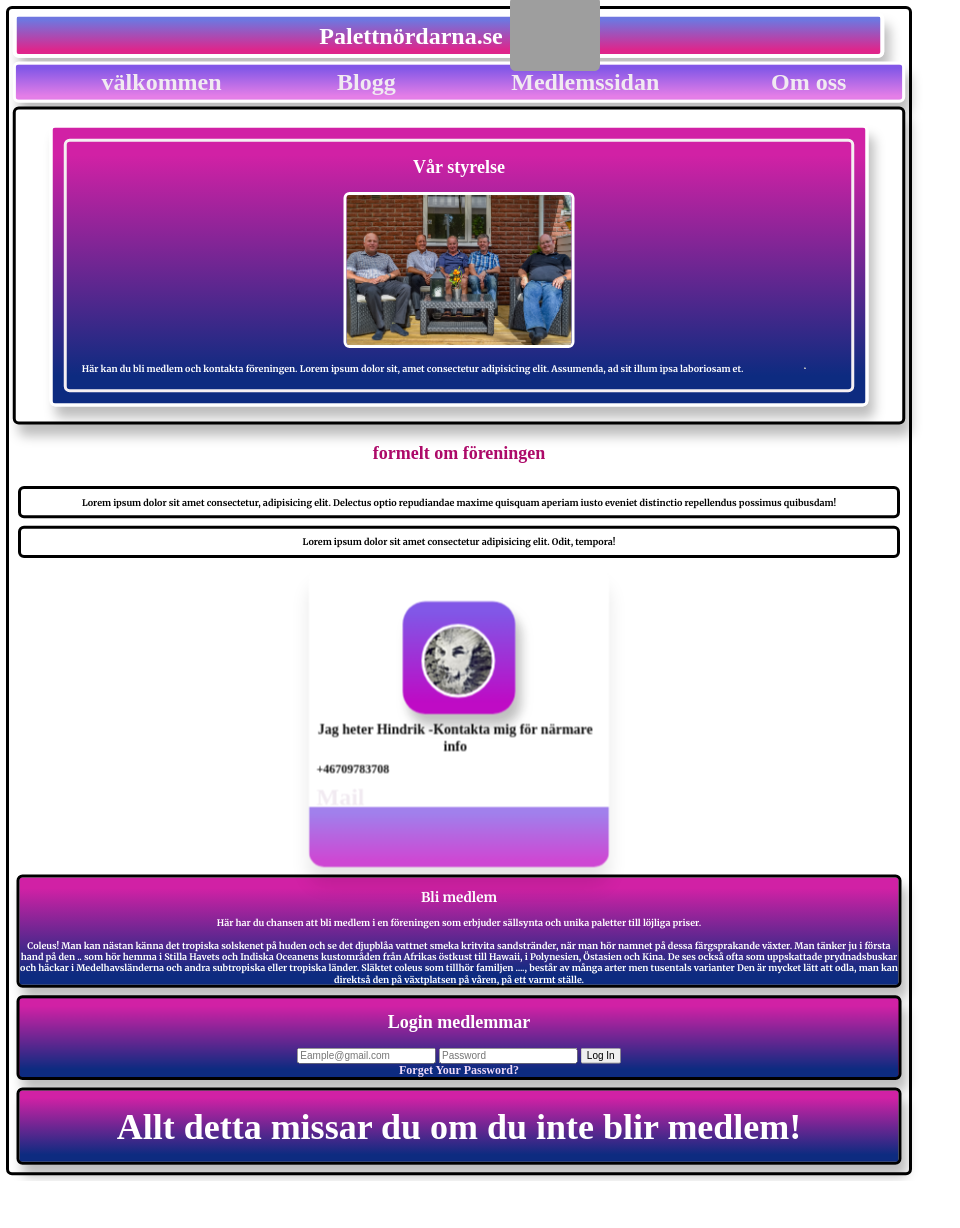
Repository: Webutveckling-20-21/lektion-3-CSS
Page: medlemssidan.html
These files come from the project's save history. The page is drawn as it stood at one moment and after the next save; the edit follows.
The browser window is 1280 px wide. The pictures show the whole page, at 75% of full size.
Pictures or frames that could not be fetched are drawn as grey boxes. Some web fonts or font styles are not loaded; a fallback is used.

Above is the page before, as saved 2021-10-14 18:03:44.

### medlemssidan.html
<!DOCTYPE html>
<html lang="en">

<head>
    <meta charset="UTF-8">
    <meta http-equiv="X-UA-Compatible" content="IE=edge">
    <meta name="viewport" content="width=device-width, initial-scale=1.0">
    <!-- <link rel="stylesheet" href="style3.css"> -->
    <link rel="stylesheet" href="style4.css">
    <title>om oss</title>
</head>

<body>
    <div class="header">

        <h1>Palettnördarna.se</h1>
        <div class="logo">
            <img src="images/logga.png" alt="logga" class="logo-img">
        </div>

    </div>

    <ul class="navbar">
        <li>
            <a href="valkommen.html"> välkommen</a>
        </li>
        <li class="nav-list">
            <a href="blogg.html">Blogg</a>
        </li>
        <li><a href="medlemssidan.html">Medlemssidan</a></li>
        <li><a href="om oss.html">Om oss</a></li>

    </ul>

    <div class="box">
        <!--
            Ta bort ett block för att få plats med inloggningslänkar mm
         -->

        <!--

        <div class="green">
            <div class="text-info">
                <p> Lorem ipsum dolor sit, amet consectetur adipisicing elit. Assumenda, ad sit illum ipsa laboriosam
                    et.</p>
                <h2>Blockbilder</h2>
                <div class="picture">
                    <div class="pics1 pics"> <img src="images/20171005_201321.jpg" alt=""> </div>
                    <div class="pics2 pics"> <img src="images/1493892949023.jpeg" alt=""> </div>
                    <div class="pics3 pics"> <img src="images/1494397130015.jpeg" alt=""> </div>
                    <div class="pics3 pics"> <img src="images/1494397130015.jpeg" alt=""> </div>
                    <div class="pics3 pics"> <img src="images/1494397130015.jpeg" alt=""> </div>
                </div>

            </div>
        </div>
         -->
         <div class="flex-red">
         <div class="red">
            <div class="text-info">
                <h2>Vår styrelse</h2>
                <div class="everything">
                <img src="images/styrelse.jpg" alt="styrelsen">
                <p> Här kan du bli medlem och kontakta föreningen. Lorem ipsum dolor sit, amet consectetur adipisicing
                    elit. Assumenda, ad sit illum ipsa laboriosam
                    et.</p>
                <hr>
            </div>
            </div>
    </div>

</div>
</div>

    <main class="main-content">
        <h2>formelt om föreningen</h2>
        <div class="information">
            <p>Lorem ipsum dolor sit amet consectetur, adipisicing elit. Delectus optio repudiandae maxime quisquam
                aperiam iusto eveniet distinctio repellendus possimus quibusdam!</p>
            <p>Lorem ipsum dolor sit amet consectetur adipisicing elit. Odit, tempora!

            </p>


<div class="card-container">
             <div class="card">

 <div class="content">
                    <div class="imgBx">
                        <img src="jag.jpg">
                    </div>
                    <div class="details">
                        <div>
                            <h3> Jag heter Hindrik -Kontakta mig för närmare info</h3>
                            <h2></h2>
                        </div>
                        <div>
                            <ion-icon name="call-outline"></ion-icon>
                            <span>+46709783708</span>
                        </div>
                        <div class="mail">
                            <ion-icon name="mail-outline"></ion-icon>
                            <span> <a href=" hindrikounpuu@gmail.com"> Mail</a></span>
                        </div>
                        <br>
                    </div>
                </div>
            </div>

        </div>
    </div>

    </main>

    <section class="contact-all">

        <h2>Bli medlem</h2>

        Här har du chansen att bli medlem i en föreningen som erbjuder sällsynta och unika
        paletter till löjliga priser. <br><br>

        Coleus! Man kan nästan känna det tropiska solskenet på huden och se det djupblåa vattnet smeka kritvita
        sandstränder, när man hör namnet på dessa färgsprakande växter.



        Man tänker ju i första hand på den .. som hör hemma i Stilla Havets och Indiska Oceanens kustområden från
        Afrikas östkust till Hawaii, i Polynesien, Östasien och Kina. De ses också ofta som uppskattade prydnadsbuskar
        och häckar i Medelhavsländerna och andra subtropiska eller tropiska länder.

        Släktet coleus som tillhör familjen ...., består av många arter men tusentals varianter Den är mycket lätt att
        odla, man kan direktså den på växtplatsen på våren, på ett varmt ställe.

        <!-- <div class="contact-info"> -->


        <!-- </div> -->

    </section>

    <section class="login-container">
        <!--inputs-->
        <div class="login-inputs">
            <!--heading-->
            <h1>Login medlemmar</h1>
            <form>
                <input type="email" placeholder="Eample@gmail.com">
                <input type="password" placeholder="Password">
                <button>Log In</button>
            </form>
            <!--forget-->
            <a href="#" class="forget">Forget Your Password?</a>
        </div>
    </section>

    <footer class="footer-place"> Allt detta missar du om du inte blir medlem!</footer>

</body>

</html>

### style4.css
@import url('https://fonts.googleapis.com/css2?family=Grechen+Fuemen&display=swap');
@import url('https://fonts.googleapis.com/css2?family=Roboto&display=swap');
@import url('https://fonts.googleapis.com/css2?family=Merriweather:wght@700&display=swap');

body {
    font-family: 'Grechen Fuemen', cursive;
    font-weight: bolder;
    border: 4px solid black;
    border-radius: 8px;
    max-width: 1200px;
}

.header {
    display: flex;
    width: 96%;
    height: 50px;
    border: 5px solid white;
    background: linear-gradient(to bottom, #6f76df 10%, #df258b 90%);
    box-shadow: 7.6px 15.2px 15.2px hsl(0deg 0% 0% / 0.26);
    border-radius: 8px;
    justify-content: center;
    align-items: center;
    margin: 5px;
}

.header h1 {
    color: white;
    font-size: 2.0rem;
    text-align: center;
    z-index: 2;
    margin-left: 40px;

}

.logo-img {
    border: 0px;
    height: 100px;
    z-index: 1;
    margin-right: 10px;

}



.navbar {

    width: auto;
    height: auto;
    display: flex;
    align-items: center;
    justify-content: space-around;
    background-color: #eed9f8;
    margin: 5px;
    border-radius: 8px;
    flex-wrap: wrap;
}

audio {
    width: 200px;
    height: 50px;
}

ul {

    list-style-type: none;
    flex-wrap: wrap;
    margin-left: 5;
    margin-right: 5;
    padding: 10;
    width: 90%;
    height: auto;
    overflow: hidden;
    border: 4px solid white;
    background: linear-gradient(to bottom, #8257e7 10%, #e47ee7 90%);
    box-shadow: 7.6px 15.2px 15.2px hsl(0deg 0% 0% / 0.26);
}

.nav-list {
    margin: 5px;
    flex-wrap: wrap;

}

a {
    text-decoration: none;
    font-size: 2rem;
    color: rgb(241, 234, 241);


}

a:hover {
    background: linear-gradient(to bottom, #b371d1 10%, #eb5aaa 90%);
    border-radius: 5px;
}

.card-container {
    display: flex;
    justify-content: center;
    align-items: center;
}

.card {
    display: flex;
    position: relative;
    max-width: 400px;
    border-top: 2px solid rgba(255, 255, 255, 0.5);
    height: 400px;
    background: rgba(255, 255, 255, 0.1);
    backdrop-filter: blur(10px);
    border-radius: 20px;
    overflow: hidden;
    box-shadow: 0 25px 25px rgba(0, 0, 0, 0.1);
    justify-content: center;
    align-items: center;
    z-index: 10;
    transition: 1s;
    /* margin-left: 20%; */


}

.card:hover {
    transform: scale(1.2);
    background: rgba(255, 255, 255, 0.2);
}

.card::before {
    content: '';
    position: absolute;
    bottom: 0;
    width: 100%;
    height: 80px;
    background: linear-gradient(to bottom, #8257e7 10%, #bf0bc5 90%);
    opacity: 0.75;
}

.content {
    display: flex;
    justify-content: center;
    align-self: center;
    gap: 10px;
    flex-wrap: wrap;
    text-align: center;

}

.content .imgBx {
    position: relative;
    width: 90px;
    height: 90px;
    overflow: hidden;
    border-radius: 30px;
    box-shadow: 0 0 0 10px rgba(255, 255, 255, 0.1);
    -webkit-border-radius: 30px;
    -moz-border-radius: 30px;
    -ms-border-radius: 30px;
    -o-border-radius: 30px;
    padding: 30px;
    background: linear-gradient(to bottom, #8257e7 10%, #bf0bc5 90%);
    box-shadow: 7.6px 15.2px 15.2px hsl(0deg 0% 0% / 0.26);
}

.content .imgBx img {
    display: flex;
    position: relative;
    top: 0px;
    left: 0px;
    width: 100%;
    height: 100%;
    object-fit: cover;
    justify-content: center;
    border-radius: 50%;
    -webkit-border-radius: 50%;
    -moz-border-radius: 50%;
    -ms-border-radius: 50%;
    -o-border-radius: 50%;
    margin-left: -5px;

}

.details {
    display: flex;
    flex-direction: column;
    gap: 10px;
}

.details h3 {
    font-weight: 600;
    color: #111;
}

.details div {
    display: flex;
    align-items: center;
    gap: 10px;
}

.details ion-icon {
    font-size: 1.4em;
    color: #111;
}

.details span {
    color: #111;
}


/*
.thumbnail:hover {
    position: relative;
    top: -10px;
    /* left: -10px;
    right: 30px;
    width: 175px;
    height: auto;
    display: block;
    z-index: 999;
    transition: all .5s ease-in-out;
}  */

.marg-text {
    text-align: justify;
}

/* <img src="[your hosted image URL]" class="thumbnail" height="100" width="100" />  */



.box {
    /* background: linear-gradient(to bottom, #c69de7 10%, #e47ee7 90%); */
    /* height:200px; */
    display: flex;
    /* max-width: 100%; */
    align-items: center;
    justify-content: center;
    flex-direction: row;
    flex-wrap: wrap;
    border: 4px solid rgb(86, 5, 102);
    background-color: white;
    border-radius: 8px;
    flex-wrap: wrap;
    border: solid 4px black;
    margin: 5px;
    /* opacity: 0.5; */
    box-shadow: 7.6px 15.2px 15.2px hsl(0deg 0% 0% / 0.26);
}

.everything {
    display: flex;
    align-items: center;
    justify-content: center;
    flex-wrap: wrap;
}

.flex-red {
    display: flex;
    justify-content: center;
    align-items: center;
    width: 100%;
    border-radius: 20px;

}

.red {
    display: flex;
    flex-direction: column;
    width: 90%;


    margin: 20px;
    align-items: center;
    padding: 10px;
    color: white;
    border: 4px solid white;
    background: rgba(255, 255, 255, 0.1);
    border-radius: 8px;
    background: linear-gradient(to bottom, #d121a5 10%, #0d2b80 90%);
    box-shadow: 7.6px 15.2px 15.2px hsl(0deg 0% 0% / 0.26);

}

.text-info {
    display: flex;
    align-items: center;
    flex-direction: column;
    flex-wrap: wrap;
    text-align: center;

}

.red .text-info img {
    width: 90vh;
    height: auto;

}


.red .text-info h2 {
    text-align: center;
}

.main-content {
    display: flex;
    flex-direction: column;
    text-align: center;
    border: solid 4 #0d2b80;
    border-radius: 8px;
    margin: 2px;
}

main {
    border-radius: 8px;
}

.main-content>h2 {
    color: rgb(173, 10, 105);
}

.information>p {
    color: black;
    border: solid 4px black;
    border-radius: 8px;
}

.text-info {
    border: solid 4px rgb(245, 239, 242);
    border-radius: 8px;
    margin: 5px;

}

.picture {
    display: flex;
    flex-wrap: wrap;
    border: solid 4px rgb(173, 10, 105);

}

img {
    margin-left: 10px;
    margin-right: 10px;
    width: 120px;
    border-radius: 8px;
    max-width: 300px;
    /*margin: auto;*/
    border: 4px solid white;
}

h2 {
    justify-content: center;
    font-weight: 700;
}

h3 {
    margin: auto;
}

p {
    font-size: 0.75rem;
    text-align: center;
    margin: 10px;
    padding: 10px;
    font-family: 'Merriweather', serif;
    color: white;
    /* font-family: 'Roboto', sans-serif;   */

}

h3 {
    /* padding: 20px; */
    text-align: center;
}

.contact-all {
    display: flex;
    flex-wrap: wrap;
    flex-direction: row;
    /* flex-direction: stretch; */
    border: 4px solid black;
    border-radius: 8px;
    margin: 10px;
    justify-content: center;
    justify-content: space-evenly;


}

.be-member {
    flex: 1;
    order: 3;
    margin: 3px;
    ;
}

.locals {
    flex: 1;
    order: 1;
    margin: 5px;
}

.contact: {
    flex: 1;
    order: 2;
    margin: 5px;
}

/* .contact-info{

    flex-wrap: wrap;
    font-family: 'Merriweather', serif;
    font-size: .75rem;

/* } */
.content {
    display: flex;
    align-items: center;

}

.footer-place {
    display: flex;
    justify-content: center;
    align-items: stretch;
    padding: 20px;
    margin: 10px;
    border: 4px solid black;
    background: linear-gradient(180deg, #d121a5 10%, #0d2b80 90%);
    box-shadow: 7.6px 15.2px 15.2px hsl(0deg 0% 0% / 0.26);
    border-radius: 8px;
    font-size: 3rem;
    color: white;
    text-align: center;
}

.pics {
    margin: 5px;
}

section {
    display: flex;
    justify-content: center;
    background: linear-gradient(180deg, #d121a5 10%, #0d2b80 90%);
    box-shadow: 7.6px 15.2px 15.2px hsl(0deg 0% 0% / 0.26);

}

.contact-all {
    text-align: center;
    color: blueviolet;
    font-family: 'Merriweather', serif;
    font-size: 0.75rem;
    color: white;

}


.login-container {
    background-color: #df258b;
    margin: 10px;
    border-radius: 8px;
    color: white;
    text-align: center;
    border: 4px solid black;
}

.forget {
    color: #eed9f8;
    font-size: 1rem;

}

/* Portrait and Landscape */
@media only screen and (min-device-width: 320px) and (max-device-width: 480px) and (-webkit-min-device-pixel-ratio: 2) {

After the next save:
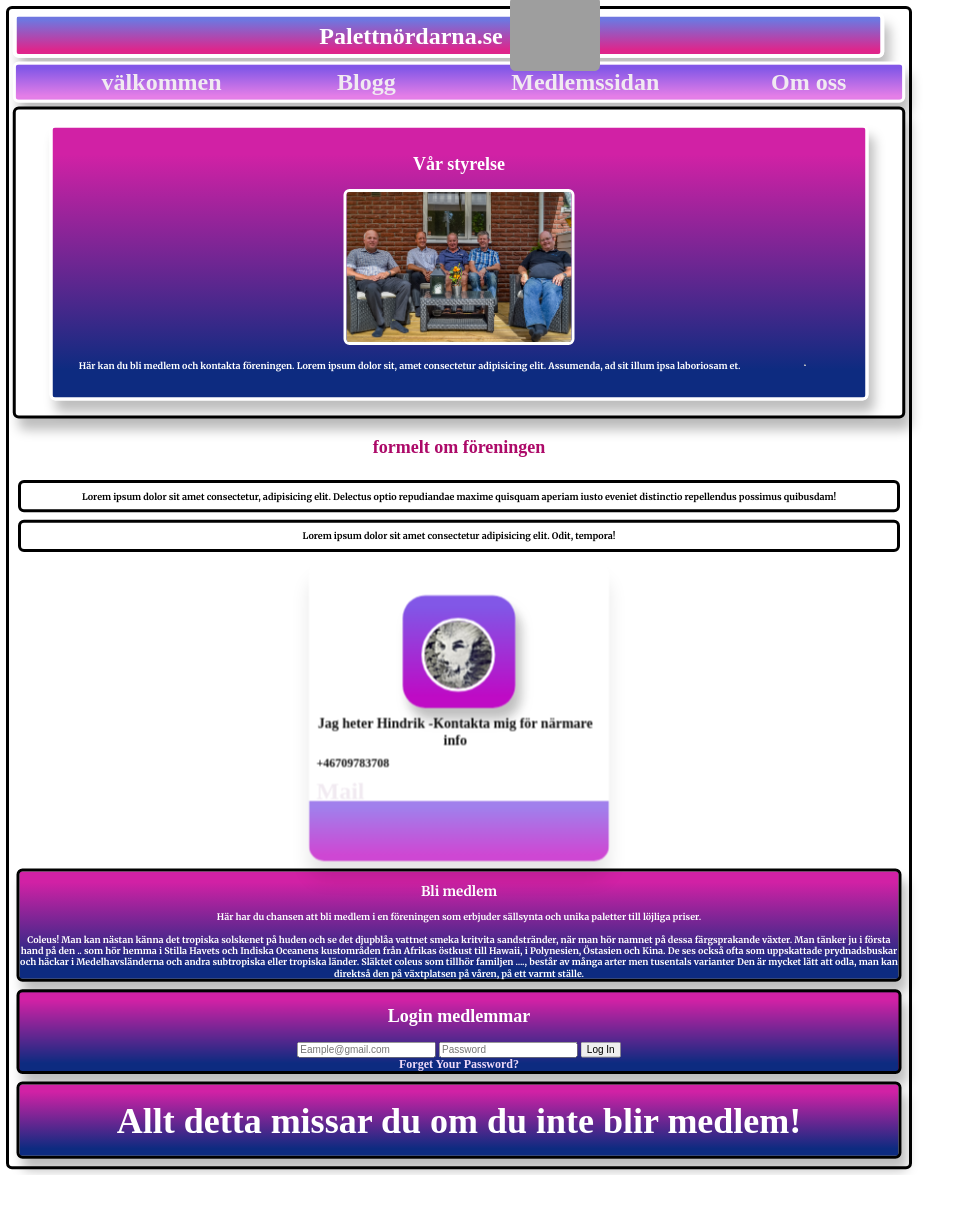
Saved 17 s later.
--- a/style4.css
+++ b/style4.css
@@ -324,7 +324,7 @@ main {
 }
 
 .text-info {
-    border: solid 4px rgb(245, 239, 242);
+
     border-radius: 8px;
     margin: 5px;
 
